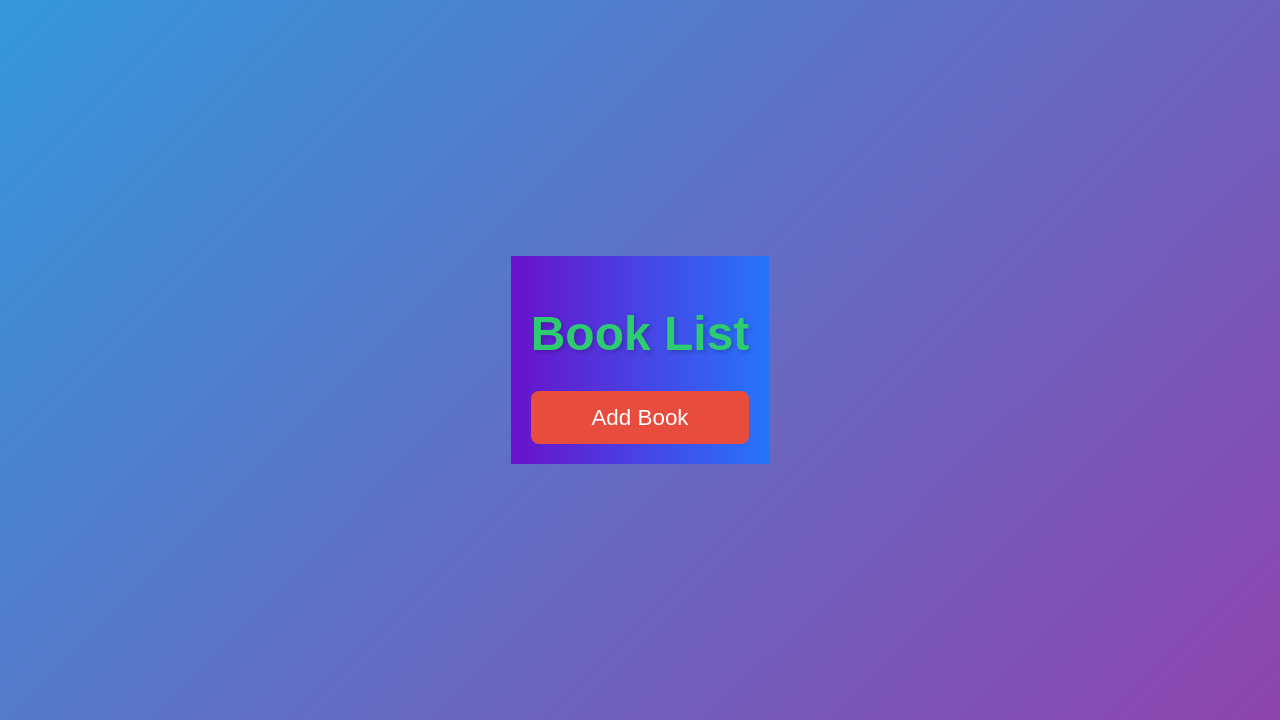
Repository: KanmegneTabouguie/librarymanagement
Page: / (app in frontend/library-frontend/)
The author's editor kept a copy of each file at every save. The page is drawn from the files as they stood at one save, then again after the next save.
The browser window is 1280 px wide. The pictures show the whole page.
The page's requests for data from a server got no answer. The project was rebuilt for these pictures with package versions that can differ from the ones it lists, and the page was loaded fresh each time. No one was signed in, and anything a server would have sent is missing. Also part of the build but not shown: frontend/library-frontend/vite.config.js, frontend/library-frontend/src/components/AddBook.jsx, frontend/library-frontend/src/components/UpdateBook.jsx, frontend/library-frontend/src/components/PublishBook.jsx.

Above is the page before, as saved 2024-02-29 11:38:30.

### frontend/library-frontend/src/App.jsx
// eslint-disable-next-line no-unused-vars
import React from 'react';
import { BrowserRouter as Router, Route, Routes } from 'react-router-dom';
import AddBook from './components/AddBook';
import UpdateBook from './components/UpdateBook';
import PublishBook from './components/PublishBook';
import BookList from './components/BookList'; // Import BookList component

function App() {
  return (
    <Router>
      <div className="App">
        <Routes>
        <Route path="/" element={<BookList />} /> {/* Display BookList component at the root route */}
          <Route path="/add" element={<AddBook />} />
          <Route path="/update/:id" element={<UpdateBook />} />
          <Route path="/publish/:id" element={<PublishBook />} />
        </Routes>
      </div>
    </Router>
  );
}

export default App;

### frontend/library-frontend/src/components/BookList.jsx
// src/components/BookList.js
// eslint-disable-next-line no-unused-vars
import React, { useState, useEffect } from 'react';
import axios from 'axios';
import { Link } from 'react-router-dom';
import BookListStyles from './BookListStyles';

const BookList = () => {
  const [books, setBooks] = useState([]);

  useEffect(() => {
    axios.get('http://localhost:3017/books')
      .then(response => setBooks(response.data))
      .catch(error => console.error('Error fetching books:', error));
  }, []);

  const handleDeleteBook = async (bookId) => {
    try {
      await axios.delete(`http://localhost:3017/books/${bookId}`);
      console.log('Book deleted');
      // Update the state to reflect the deletion
      setBooks(prevBooks => prevBooks.filter(book => book._id !== bookId));
    } catch (error) {
      console.error('Error deleting book:', error);
    }
  };

  return (
    <div style={BookListStyles.container}>
      <h1 style={BookListStyles.headingStyle}>Book List</h1>
      <Link to="/add" style={BookListStyles.actionLinkStyle}>Add Book</Link>
      <div style={BookListStyles.bookContainer}>
        {books.map(book => (
          <div key={book._id} style={{ ...BookListStyles.bookStyle, backgroundColor: getRandomColor() }}>
            <h3 style={BookListStyles.titleStyle}>{book.title}</h3>
            <p style={BookListStyles.authorStyle}>Author: {book.author}</p>
            <p>Availability: {book.available ? 'Available' : 'Not Available'}</p> {/* Display availability status */}
            <div style={BookListStyles.buttonContainer}>
              <Link to={`/update/${book._id}`} style={BookListStyles.updateLinkStyle}>Update</Link>
              <button onClick={() => handleDeleteBook(book._id)} style={BookListStyles.deleteButtonStyle}>Delete</button>
              <Link to={`/publish/${book._id}`} style={BookListStyles.publishLinkStyle}>Publish</Link>
            </div>
          </div>
        ))}
      </div>
    </div>
  );
};

// Function to generate a random color
const getRandomColor = () => {
  const letters = '456789ABCDEF';
  let color = '#';
  for (let i = 0; i < 6; i++) {
    color += letters[Math.floor(Math.random() * 10)];
  }
  return color;
};

export default BookList;

### frontend/library-frontend/src/components/AddBook.css
/* AddBook.css */

body {
    margin: 0;
    padding: 0;
    font-family: 'Arial', sans-serif;
    background: linear-gradient(135deg, #3498db, #8e44ad);
    display: flex;
    align-items: center;
    justify-content: center;
    height: 100vh;
  }

  .page-container {
    display: flex;
    flex-direction: column;
    align-items: center;
  }

  .form-container {
    background-color: #fff;
    padding: 20px;
    border-radius: 10px;
    box-shadow: 0 0 20px rgba(0, 0, 0, 0.2);
    margin-bottom: 20px;
  }

  h1 {
    color: #fff;
    text-align: center;
    margin-bottom: 20px;
  }

  label {
    display: block;
    margin-bottom: 10px;
    color: #555;
  }

  input {
    width: 100%;
    padding: 12px;
    margin-bottom: 15px;
    box-sizing: border-box;
    border: 1px solid #ccc;
    border-radius: 5px;
    font-size: 16px;
  }

  .add-book-button {
    width: 100%;
    padding: 12px;
    background-color: #27ae60;
    color: #fff;
    border: none;
    border-radius: 5px;
    cursor: pointer;
    font-size: 18px;
    transition: background-color 0.3s ease-in-out;
  }

  .add-book-button:hover {
    background-color: #219f4e;
  }

  .modal-overlay {
    position: fixed;
    top: 0;
    left: 0;
    width: 100%;
    height: 100%;
    background: rgba(0, 0, 0, 0.7);
    display: flex;
    align-items: center;
    justify-content: center;
  }

  .modal {
    background: linear-gradient(135deg, #3498db, #8e44ad);
    padding: 20px;
    border-radius: 10px;
    text-align: center;
    box-shadow: 0 4px 8px rgba(0, 0, 0, 0.2);
    color: #fff;
  }

  .modal p {
    font-size: 18px;
    margin-bottom: 20px;
  }

  .modal button {
    padding: 12px 24px;
    background-color: #2ecc71;
    color: #fff;
    border: none;
    border-radius: 5px;
    cursor: pointer;
    font-size: 18px;
    transition: background-color 0.3s ease-in-out;
  }

  .modal button:hover {
    background-color: #27ae60;
  }

### frontend/library-frontend/src/components/BookListStyles.js
// BookListStyles.js
const BookListStyles = {
  container: {
    position: 'relative', // Add position relative for z-index to work
    textAlign: 'center',
    padding: '20px',
    background: 'linear-gradient(to right, #6A11CB, #2575FC)',
    color: 'white',
  },

  headingStyle: {
    fontSize: '3em',
    color: '#2ecc71',
    fontWeight: '700',
    marginBottom: '30px',
    textShadow: '2px 2px 4px rgba(0, 0, 0, 0.2)',
  },

  actionLinkStyle: {
    textDecoration: 'none',
    color: '#fff',
    fontSize: '1.4em',
    marginTop: '10px',
    display: 'block',
    background: '#e74c3c',
    padding: '10px 15px',
    borderRadius: '8px',
    transition: 'background 0.3s ease-in-out',
    position: 'relative', // Add position relative for z-index to work
    zIndex: '999', // Add a higher z-index value
  },

  bookContainer: {
    display: 'flex',
    flexWrap: 'wrap',
    justifyContent: 'center',
  },

  bookStyle: {
    border: '1px solid #ecf0f1',
    margin: '15px',
    padding: '20px',
    width: '250px',
    borderRadius: '15px',
    boxShadow: '0px 8px 16px rgba(0, 0, 0, 0.1)',
    transition: 'transform 0.3s ease-in-out, box-shadow 0.3s ease-in-out',
    cursor: 'pointer',
    overflow: 'hidden',
    background: 'linear-gradient(to bottom right, #3498db, #2ecc71)',
    color: 'white',
  },

  titleStyle: {
    fontSize: '1.8em',
    marginBottom: '15px',
    color: '#fff',
    textShadow: '1px 1px 2px rgba(0, 0, 0, 0.8)',
  },

  authorStyle: {
    fontSize: '1.2em',
    color: '#ecf0f1',
    marginBottom: '10px',
  },

  availabilityStyle: {
    fontSize: '1.2em',
    color: '#ecf0f1',
  },

  buttonContainer: {
    display: 'flex',
    justifyContent: 'space-between',
    marginTop: '20px',
  },

  updateLinkStyle: {
    textDecoration: 'none',
    color: '#e74c3c',
    fontSize: '1.2em',
    marginTop: '15px',
    display: 'block',
  },

  deleteButtonStyle: {
    backgroundColor: '#e74c3c',
    color: 'white',
    border: 'none',
    padding: '10px 15px',
    borderRadius: '8px',
    cursor: 'pointer',
    fontSize: '1.2em',
    transition: 'background-color 0.3s ease-in-out',
  },

  publishLinkStyle: {
    textDecoration: 'none',
    color: '#f39c12',
    fontSize: '1.2em',
    marginTop: '15px',
    display: 'block',
  },
};

export default BookListStyles;

Loaded but not shown: frontend/library-frontend/index.html (common file); frontend/library-frontend/src/main.jsx (common file); frontend/library-frontend/src/index.css (common file)

After the next save:
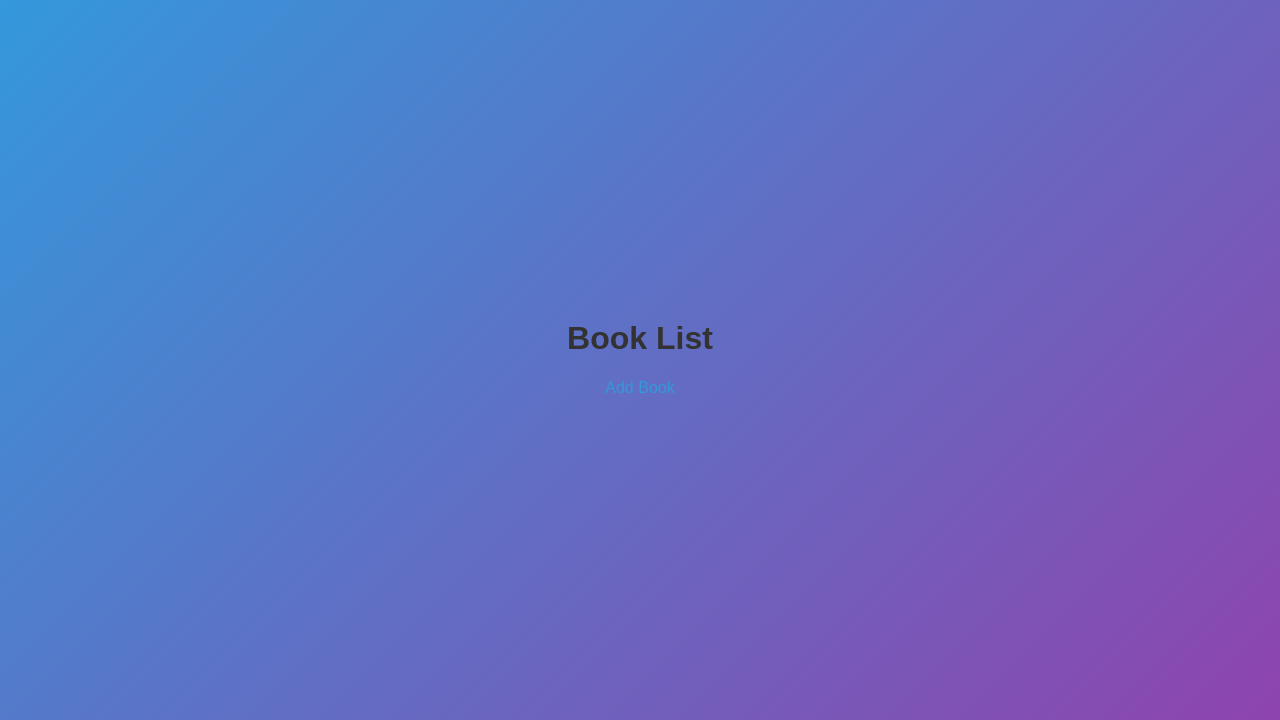
Saved 3 min 42 s later.
--- a/frontend/library-frontend/src/components/BookListStyles.js
+++ b/frontend/library-frontend/src/components/BookListStyles.js
@@ -1,105 +1,68 @@
-// BookListStyles.js
-const BookListStyles = {
+const bookListStyles = {
   container: {
-    position: 'relative', // Add position relative for z-index to work
     textAlign: 'center',
     padding: '20px',
-    background: 'linear-gradient(to right, #6A11CB, #2575FC)',
-    color: 'white',
+    fontFamily: 'Arial, sans-serif',
   },
-
   headingStyle: {
-    fontSize: '3em',
-    color: '#2ecc71',
-    fontWeight: '700',
-    marginBottom: '30px',
-    textShadow: '2px 2px 4px rgba(0, 0, 0, 0.2)',
+    fontSize: '2rem',
+    marginBottom: '20px',
+    color: '#333',
   },
-
   actionLinkStyle: {
+    display: 'block',
+    marginBottom: '20px',
+    fontSize: '1rem',
     textDecoration: 'none',
+    color: '#3498db',
+  },
+  bookContainer: {
+    display: 'grid',
+    gridTemplateColumns: 'repeat(auto-fill, minmax(250px, 1fr))',
+    gap: '20px',
+  },
+  bookStyle: {
+    padding: '20px',
+    borderRadius: '8px',
+    boxShadow: '0 4px 8px rgba(0, 0, 0, 0.1)',
+  },
+  titleStyle: {
+    fontSize: '1.5rem',
+    marginBottom: '10px',
+    color: '#333',
+  },
+  authorStyle: {
+    marginBottom: '10px',
+    color: '#555',
+  },
+  availabilityStyle: {
+    marginBottom: '10px',
+    color: '#333',
+  },
+  buttonContainer: {
+    marginTop: '10px',
+  },
+  updateLinkStyle: {
+    marginRight: '10px',
+    fontSize: '1rem',
+    textDecoration: 'none',
+    color: '#27ae60',
+  },
+  deleteButtonStyle: {
+    fontSize: '1rem',
+    backgroundColor: '#e74c3c',
     color: '#fff',
-    fontSize: '1.4em',
-    marginTop: '10px',
-    display: 'block',
-    background: '#e74c3c',
-    padding: '10px 15px',
-    borderRadius: '8px',
-    transition: 'background 0.3s ease-in-out',
-    position: 'relative', // Add position relative for z-index to work
-    zIndex: '999', // Add a higher z-index value
+    border: 'none',
+    padding: '8px 16px',
+    borderRadius: '4px',
+    cursor: 'pointer',
   },
-
-  bookContainer: {
-    display: 'flex',
-    flexWrap: 'wrap',
-    justifyContent: 'center',
-  },
-
-  bookStyle: {
-    border: '1px solid #ecf0f1',
-    margin: '15px',
-    padding: '20px',
-    width: '250px',
-    borderRadius: '15px',
-    boxShadow: '0px 8px 16px rgba(0, 0, 0, 0.1)',
-    transition: 'transform 0.3s ease-in-out, box-shadow 0.3s ease-in-out',
-    cursor: 'pointer',
-    overflow: 'hidden',
-    background: 'linear-gradient(to bottom right, #3498db, #2ecc71)',
-    color: 'white',
-  },
-
-  titleStyle: {
-    fontSize: '1.8em',
-    marginBottom: '15px',
-    color: '#fff',
-    textShadow: '1px 1px 2px rgba(0, 0, 0, 0.8)',
-  },
-
-  authorStyle: {
-    fontSize: '1.2em',
-    color: '#ecf0f1',
-    marginBottom: '10px',
-  },
-
-  availabilityStyle: {
-    fontSize: '1.2em',
-    color: '#ecf0f1',
-  },
-
-  buttonContainer: {
-    display: 'flex',
-    justifyContent: 'space-between',
-    marginTop: '20px',
-  },
-
-  updateLinkStyle: {
+  publishLinkStyle: {
+    marginLeft: '10px',
+    fontSize: '1rem',
     textDecoration: 'none',
-    color: '#e74c3c',
-    fontSize: '1.2em',
-    marginTop: '15px',
-    display: 'block',
-  },
-
-  deleteButtonStyle: {
-    backgroundColor: '#e74c3c',
-    color: 'white',
-    border: 'none',
-    padding: '10px 15px',
-    borderRadius: '8px',
-    cursor: 'pointer',
-    fontSize: '1.2em',
-    transition: 'background-color 0.3s ease-in-out',
-  },
-
-  publishLinkStyle: {
-    textDecoration: 'none',
-    color: '#f39c12',
-    fontSize: '1.2em',
-    marginTop: '15px',
-    display: 'block',
+    color: '#3498db',
   },
 };
 
-export default BookListStyles;
+export default bookListStyles;
